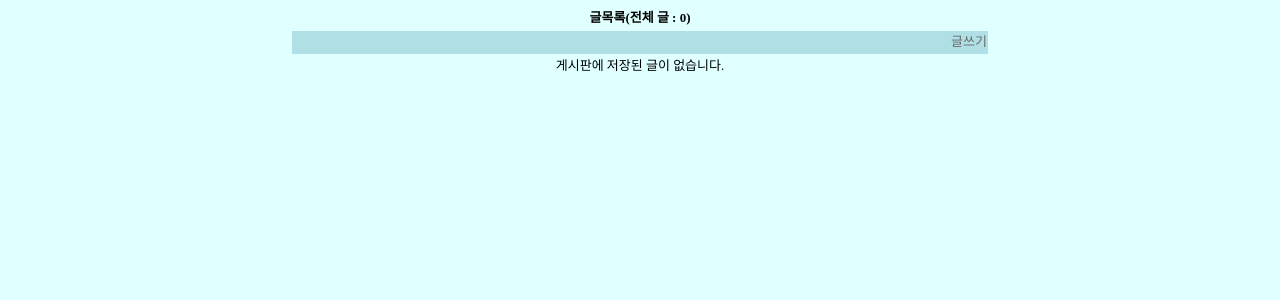
Repository: kr1124/jsp
Page: http://localhost/ServletProject/board/list.jsp
The author's editor kept a copy of each file at every save. The page is drawn from the files as they stood at one save, then again after the next save.
The browser window is 1280 px wide. The pictures show the whole page.
The page is served by Tomcat 9. Other server files are loaded and not shown. Queries for data that is not in the repository find no rows.

Above is the page before, as saved 2024-12-12 01:19:01.

### ServletProject/src/main/webapp/board/list.jsp
<%@ page language="java" contentType="text/html; charset=UTF-8" pageEncoding="UTF-8"%>
<%@ page import="com.board.BoardDAO" %>
<%@ page import="com.board.BoardVO" %>
<%@ page import="java.util.*" %>
<%@ page import="java.text.SimpleDateFormat" %>
<%@ include file="view/color.jsp" %>
<% request.setCharacterEncoding("utf-8"); %>

<%!
	int pageSize = 5; //한 페이지 내에서 보여줄 레코드(게시글) 개수

	SimpleDateFormat sdf = new SimpleDateFormat("yyyy-MM-dd HH:mm");
%>
<%
	String pageNum = request.getParameter("pageNum");
	if(pageNum == null) {
		pageNum = "1";
	}
	int currentPage = Integer.parseInt(pageNum);

	int startRow = (currentPage - 1) * pageSize + 1;
	int endRow = currentPage * pageSize;

	int count = 0;
	int number = 0;
	List<BoardVO> articleList = null;
	BoardDAO dbPro = BoardDAO.getInstance();

	count = dbPro.getArticleCount();

	if(count > 0) {
		articleList = dbPro.getArticles(startRow, endRow);
	}
	number = count - (currentPage - 1) * pageSize;

%>

<!DOCTYPE html>
<html>
<head>
	<meta charset="UTF-8">
	<title></title>
	<link href="style.css" type="text/css" rel="stylesheet" >
</head>
<body bgcolor="<%=bodyback_c%>">
	<div align="center">
		<b>글목록(전체 글 : <%=count%>)</b>
		<table width="700">
			<tr>
				<td align="right" bgcolor="<%=value_c%>">
					<a href="writeForm.jsp">글쓰기</a>
				</td>
			</tr>
		</table>
	<%if(count == 0) { %>
		<table style="width: 700; border: 1;" cellpadding="0" cellspacing="0">
			<tr>
				<td align="center">
					게시판에 저장된 글이 없습니다.
				</td>
			</tr>
		</table>
	<%} else {%>
		<!-- <table style="width: 700; border: 1; align-items: center" cellpadding="0" cellspacing="0"> -->
		<table style="width: 700; align-items: center;" border="1"  cellpadding="0" cellspacing="0">
			<tr height="30" bgcolor="<%=value_c%>">
				<td align="center" width="50">번호</td>
				<td align="center" width="250">제목</td>
				<td align="center" width="100">작성자</td>
				<td align="center" width="150">작성일</td>
				<td align="center" width="50">조회수</td>
				<td align="center" width="100">IP</td>
			</tr>
			<%
			for(int i = 0; i < articleList.size(); i++) {
				BoardVO article = (BoardVO)articleList.get(i);
			%>
			<tr height="30">
				<td align="center" width="50"><%=number-- %></td>
				<td width="250">
				<%
				int wid = 0;
				if(article.getDepth() > 0) {
					wid = 5 * (article.getDepth());
				%>
					<img src="img/level.gif" width="<%=wid%>" height="16">
					<img src="img/re.gif" >
				<%} else { %>
					<img src="img/level.gif" width="<%=wid%>" height="16">
				<%} %>
					<a href="content.jsp?num=<%=article.getNum()%>&pageNum=<%=currentPage%>"><!-- TODO -->
						<%=article.getSubject() %>
					</a>
					<% if(article.getReadcount() >= 20) { %>
					<img src="img/hot.gif" border="0" height="16">
					<%} %>
				</td>
				<td align="center" width="100">
					<a href="mailto:<%=article.getEmail()%>">
						<%=article.getWriter() %>
					</a>
				</td>
				<td align="center" width="150">
					<%=sdf.format(article.getRegdate()) %>
				</td>
				<td align="center" width="50">
					<%=article.getReadcount() %>
				</td>
				<td align="center" width="100">
					<%=article.getIp() %>
				</td>
			</tr>

			<%}%>
		</table>
	<%} %>
	<%//페이지 블럭
	if(count> 0) {
		int pageBlock = 5;
		int imsi = count % pageSize == 0 ? 0 : 1;
	}
	%>
	</div>
</body>
</html>

### ServletProject/src/main/webapp/board/view/color.jsp
<%@ page language="java" contentType="text/html; charset=UTF-8" pageEncoding="UTF-8"%>
<%
String bodyback_c = "#e0ffff";
String back_c = "#8fbc8f";
String title_c = "#5f9ea0";
String value_c = "#b0e0e6";
String bar = "#778899";
%>

### ServletProject/src/main/java/com/board/BoardDAO.java
package com.board;

import java.sql.*;
import javax.sql.*;
import javax.naming.*;
import java.util.*;


public class BoardDAO {
	private static BoardDAO instance = null;
	private BoardDAO() {}

	public static BoardDAO getInstance() {
		if(instance == null) {
			synchronized(BoardDAO.class) {
				instance = new BoardDAO();
			}
		}

		return instance;
	}

	//데이터베이스에 데이터 추가
	public void insertArticle(BoardVO article) {
		Connection con = null;
		PreparedStatement pstmt = null;
		ResultSet rs = null;

		int num = article.getNum();
		int ref = article.getRef();
		int step = article.getStep();
		int depth = article.getDepth();

		int number = 0;
		String sql = "";

		try {
			con = ConnUtil.getConnection();
			pstmt =  con.prepareStatement("select max(num) from board");
			rs = pstmt.executeQuery();

			if(rs.next()) {
				number = rs.getInt(1);
			} else {
				number = 1;
			}

			if(number != 0) {//답글일 경우
				sql = "update board set step=step+1 where ref=? and step > ?";
				pstmt = con.prepareStatement(sql);
				pstmt.setInt(1, ref);
				pstmt.setInt(2, step);
				pstmt.executeUpdate();
				step++;
				depth++;

			} else {//새글일 경우
				ref = number;
				step = 0;
				depth = 0;
			}
			//데이터 추가하는 쿼리문
			sql = "insert into board(num, writer, email, subject, pass, ref, step, depth, regdate, content, ip) "
					+ "values(board_seq.nextval, ?, ?, ?, ?, ?, ?, ?, ?, ?, ?)";

			pstmt = con.prepareStatement(sql);

			pstmt.setString(1, article.getWriter());
			pstmt.setString(2, article.getEmail());
			pstmt.setString(3, article.getSubject());
			pstmt.setString(4, article.getPass());
			//pstmt.setInt(5, 0);
			pstmt.setInt(5, ref);
			pstmt.setInt(6, step);
			pstmt.setInt(7, depth);
			pstmt.setTimestamp(8, article.getRegdate());
			pstmt.setString(9, article.getContent());
			pstmt.setString(10, article.getIp());
			pstmt.executeUpdate();

		} catch (Exception e) {
			e.printStackTrace();
		} finally {
			if(rs != null) {try {rs.close();} catch(SQLException e) {}}
			if(pstmt != null) {try {pstmt.close();} catch(SQLException e) {}}
			if(con != null) {try {con.close();} catch(SQLException e) {}}
		}
	}

	// 글 목록 화면 작성
	// 전체 글의 갯수를 가져올 메소드 구현
	public int getArticleCount() {
		Connection con = null;
		PreparedStatement pstmt = null;
		ResultSet rs = null;
		int x = 0;

		try {
			con = ConnUtil.getConnection();
			String sql = "select count(*) from board";
			pstmt =  con.prepareStatement(sql);

			rs = pstmt.executeQuery();

			if(rs.next()) {
				x = rs.getInt(1);
			}

		} catch (Exception e) {
			e.printStackTrace();
		} finally {
			if(rs != null) {try {rs.close();} catch(SQLException e) {}}
			if(pstmt != null) {try {pstmt.close();} catch(SQLException e) {}}
			if(con != null) {try {con.close();} catch(SQLException e) {}}
		}

		return x;
	}

	public List<BoardVO> getArticles(int start, int end) {
		Connection con = null;
		PreparedStatement pstmt = null;
		ResultSet rs = null;

		List<BoardVO> articleList = null;

		try {
			con = ConnUtil.getConnection();

			//String sql = "select * from board order by num desc"; //기존 쿼리문
			String sql = "select * from ("
					+ "select rownum rnum, num, writer, email, subject, "
					+ "pass, readcount, ref, step, depth, regdate, content, ip from ("
					+ "select * from board order by ref desc, step asc)) "
					+ "where rnum >= ? and rnum <= ?";
			pstmt = con.prepareStatement(sql);
			pstmt.setInt(1, start);
			pstmt.setInt(2, end);
			rs = pstmt.executeQuery();

			if(rs.next()) {
				articleList = new ArrayList<BoardVO>(end - start + 1);
				do {
					BoardVO article = new BoardVO();
					article.setNum(rs.getInt("num"));
					article.setWriter(rs.getString("writer"));
					article.setEmail(rs.getString("email"));
					article.setSubject(rs.getString("subject"));
					article.setPass(rs.getString("pass"));
					article.setRegdate(rs.getTimestamp("regdate"));
					article.setReadcount(rs.getInt("readcount"));
					article.setRef(rs.getInt("ref"));
					article.setStep(rs.getInt("step"));
					article.setDepth(rs.getInt("depth"));
					article.setContent(rs.getString("content"));
					article.setIp(rs.getString("ip"));

					articleList.add(article);
				} while(rs.next());
			}
		} catch (Exception e) {
			e.printStackTrace();
		} finally {
			if(rs != null) {try {rs.close();} catch(SQLException e) {}}
			if(pstmt != null) {try {pstmt.close();} catch(SQLException e) {}}
			if(con != null) {try {con.close();} catch(SQLException e) {}}
		}

		return articleList;
	}

	//글 제목을 클릭하면 글 내용을 볼 수 있는 작업을 한다.
	//글 번호를 매개변수로 해서 하나의 글에 대한 상세 정보를 데이터베이스에서 가져온다.
	public BoardVO getArticle(int num) {
		Connection con = null;
		PreparedStatement pstmt = null;
		ResultSet rs = null;
		BoardVO article = null;

		try {
			con = ConnUtil.getConnection();
			String sql1 = "update board set readcount=readcount+1 where num=?";
			pstmt = con.prepareStatement(sql1);
			pstmt.setInt(1, num);
			pstmt.executeUpdate();

			String sql2 = "select * from board where num=?";
			pstmt = con.prepareStatement(sql2);
			pstmt.setInt(1, num);
			rs = pstmt.executeQuery();
			if(rs.next()) {
				article = new BoardVO();
				article.setNum(rs.getInt("num"));
				article.setWriter(rs.getString("writer"));
				article.setEmail(rs.getString("email"));
				article.setSubject(rs.getString("subject"));
				article.setPass(rs.getString("pass"));
				article.setRegdate(rs.getTimestamp("regdate"));
				article.setReadcount(rs.getInt("readcount"));
				article.setRef(rs.getInt("ref"));
				article.setStep(rs.getInt("step"));
				article.setDepth(rs.getInt("depth"));
				article.setContent(rs.getString("content"));
				article.setIp(rs.getString("ip"));
			}
		} catch(SQLException se) {
			se.printStackTrace();
		} finally {
			if(rs!=null){try {rs.close();} catch(Exception e) {e.printStackTrace();}}
			if(pstmt!=null){try {pstmt.close();} catch(Exception e) {e.printStackTrace();}}
			if(con!=null){try {con.close();} catch(Exception e) {e.printStackTrace();}}
		}

		return article;
	}


	//글 수정 / 글 목록 보기와는 다르게 조회수를 증가 시킬 필요가 없음
	//따라서 num에 해당하는 글을 가져옴
	public BoardVO updateGetArticle(int num) {
		Connection con = null;
		PreparedStatement pstmt = null;
		ResultSet rs = null;
		BoardVO article = null;

		try {
			con = ConnUtil.getConnection();
			String sql = "select * from board where num=?";
			pstmt = con.prepareStatement(sql);
			pstmt.setInt(1, num);
			rs = pstmt.executeQuery();

			if(rs.next()) {
				article = new BoardVO();
				article.setNum(rs.getInt("num"));
				article.setWriter(rs.getString("writer"));
				article.setEmail(rs.getString("email"));
				article.setSubject(rs.getString("subject"));
				article.setPass(rs.getString("pass"));
				article.setRegdate(rs.getTimestamp("regdate"));
				article.setReadcount(rs.getInt("readcount"));
				article.setRef(rs.getInt("ref"));
				article.setStep(rs.getInt("step"));
				article.setDepth(rs.getInt("depth"));
				article.setContent(rs.getString("content"));
				article.setIp(rs.getString("ip"));
			}

		} catch (Exception e) {
			e.printStackTrace();
		} finally {
			if(rs != null) {try {rs.close();} catch(SQLException e) {}}
			if(pstmt != null) {try {pstmt.close();} catch(SQLException e) {}}
			if(con != null) {try {con.close();} catch(SQLException e) {}}
		}

		return article;
	}//end of updateGetArticle

	//글 수정 버튼을 클릭하면 실제 데이터베이스의 글이 수정되어야함.
	public int updateArticle(BoardVO article) {
		Connection con = null;
		PreparedStatement pstmt = null;
		ResultSet rs = null;
		int result = -1;

		try {
			con = ConnUtil.getConnection();
			String sql = "select pass from board where num=?";
			pstmt = con.prepareStatement(sql);
			pstmt.setInt(1, article.getNum());

			rs = pstmt.executeQuery();

			if(rs.next()) {
				String dbpasswd = rs.getString("pass");
				if(dbpasswd.equals(article.getPass())) {
					String sql2 = "update board set writer=?, email=?, subject=?, content=? where num=?";
					pstmt = con.prepareStatement(sql2);
					pstmt.setString(1, article.getWriter());
					pstmt.setString(2, article.getEmail());
					pstmt.setString(3, article.getSubject());
					pstmt.setString(4, article.getContent());
					pstmt.setInt(5, article.getNum());

					pstmt.executeUpdate();

					result = 1;
				} else {
					result = 0; //비밀번호 오류, 수정 실패
				}
			}

		} catch (Exception e) {
			e.printStackTrace();
		} finally {
			if(rs != null) {try {rs.close();} catch(SQLException e) {}}
			if(pstmt != null) {try {pstmt.close();} catch(SQLException e) {}}
			if(con != null) {try {con.close();} catch(SQLException e) {}}
		}

		return result;
	}

	//글 삭제 버튼을 클릭하면 삭제처리가 되어야한다.
	//비밀번호를 입력 받아 기존 비밀번호와 동일하면 삭제
	public int deleteArticle(int num, String pass) {
		Connection con = null;
		PreparedStatement pstmt = null;
		ResultSet rs = null;
		int result = -1; //번호에 해당하는 글이 존재하지 않는 경우, -1을 반환

		try {
			con = ConnUtil.getConnection();
			String sql1 = "select pass from board where num=?";

			pstmt = con.prepareStatement(sql1);
			pstmt.setInt(1, num);
			rs = pstmt.executeQuery();

			if(rs.next()) {
				String dbpasswd = rs.getString("pass");
				if(dbpasswd.equals(pass)) {
					String sql2 = "delete from board where num=?";

					pstmt = con.prepareStatement(sql2);
					pstmt.setInt(1, num);
					pstmt.executeUpdate();

					result = 1;
				} else {
					result = 0; //비밀번호 오류, 삭제 실패
				}
			}

		} catch (Exception e) {
			e.printStackTrace();
		} finally {
			if(rs != null) {try {rs.close();} catch(SQLException e) {}}
			if(pstmt != null) {try {pstmt.close();} catch(SQLException e) {}}
			if(con != null) {try {con.close();} catch(SQLException e) {}}
		}

		return result;
	}//deleteArticle

	//검색한 내용이 몇개인지를 반환함(what:검색조건, content: 검색내용)
	public int getArticleCount(String what, String content) {
		Connection con = null;
		PreparedStatement pstmt = null;
		ResultSet rs = null;
		int x = 0;

		try {
			con = ConnUtil.getConnection();
			//String sql = "select count(*) from board";
			String sql = "select count(*) from board where " + what + " like '%" + content + "%'";
			pstmt =  con.prepareStatement(sql);

			rs = pstmt.executeQuery();

			if(rs.next()) {
				x = rs.getInt(1);
			}

		} catch (Exception e) {
			e.printStackTrace();
		} finally {
			if(rs != null) {try {rs.close();} catch(SQLException e) {}}
			if(pstmt != null) {try {pstmt.close();} catch(SQLException e) {}}
			if(con != null) {try {con.close();} catch(SQLException e) {}}
		}

		return x;
	}//getArticleCount(String what, String content)

	//검색할 내용을 리스트로 받아옴
	public List<BoardVO> getArticles(String what, String content, int start, int end) {
		Connection con = null;
		PreparedStatement pstmt = null;
		ResultSet rs = null;

		List<BoardVO> articleList = null;

		try {
			con = ConnUtil.getConnection();

			//String sql = "select * from board order by num desc"; //기존 쿼리문
			String sql = "select * from ("
					+ "select rownum rnum, num, writer, email, subject, "
					+ "pass, readcount, ref, step, depth, regdate, content, ip from ("
					+ "select * from board where "
					+ what + " like '%" + content + "%' order by ref desc, step asc)) "
					+ "where rnum >= ? and rnum <= ?";


			pstmt = con.prepareStatement(sql);
			pstmt.setInt(1, start);
			pstmt.setInt(2, end);
			rs = pstmt.executeQuery();

			if(rs.next()) {
				articleList = new ArrayList<BoardVO>(end - start + 1);
				do {
					BoardVO article = new BoardVO();
					article.setNum(rs.getInt("num"));
					article.setWriter(rs.getString("writer"));
					article.setEmail(rs.getString("email"));
					article.setSubject(rs.getString("subject"));
					article.setPass(rs.getString("pass"));
					article.setRegdate(rs.getTimestamp("regdate"));
					article.setReadcount(rs.getInt("readcount"));
					article.setRef(rs.getInt("ref"));
					article.setStep(rs.getInt("step"));
					article.setDepth(rs.getInt("depth"));
					article.setContent(rs.getString("content"));
					article.setIp(rs.getString("ip"));

					articleList.add(article);
				} while(rs.next());
			}
		} catch (Exception e) {
			e.printStackTrace();
		} finally {
			if(rs != null) {try {rs.close();} catch(SQLException e) {}}
			if(pstmt != null) {try {pstmt.close();} catch(SQLException e) {}}
			if(con != null) {try {con.close();} catch(SQLException e) {}}
		}

		return articleList;
	}

}

### ServletProject/src/main/java/com/board/ConnUtil.java
package com.board;

import java.sql.*;
import javax.sql.*;
import javax.naming.*;

public class ConnUtil {
	private static DataSource ds;

	static {
		try {
			Context initContext = new InitialContext();
			Context envContext  = (Context)initContext.lookup("java:/comp/env");
			ds = (DataSource)envContext.lookup("jdbc/myOracle");
		} catch(NamingException ne) {
			ne.printStackTrace();
		}
	}

	public static Connection getConnection() throws SQLException {
		return ds.getConnection();
	}
}

### ServletProject/src/main/webapp/board/style.css
@charset "UTF-8";
body, table, tr, td, select, div, form {
	font-size : 13px;
	color: black;
	line-height: 160%;
	font-family: serif;
}

textarea, input {
	border-right: 1px solid #999999;
	border-top: 1px solid #999999;
	border-left: 1px solid #999999;
	border-bottom: 1px solid #999999;
	font-size: 9pt;
	color: black;
	background-color: white;
	font-family: serif;
}

a:link {
	text-decoration: none;
	color: #696969;
}
a:hover {
	text-decoration: yes;
	color: #66ccff;
}
a:visited {
	text-decoration: none;
	color: #330066;
}

### ServletProject/src/main/webapp/error/error500.jsp
<%@ page language="java" contentType="text/html; charset=UTF-8"
    pageEncoding="UTF-8"%>
<% response.setStatus(HttpServletResponse.SC_OK); %>

<!DOCTYPE html>
<html>
<head>
<meta charset="UTF-8">
<title>500 에러 발생</title>
</head>
<body>
	<b>서비스 처리 과정에서 에러가 발생했습니다.</b>
</body>
</html>

After the next save:
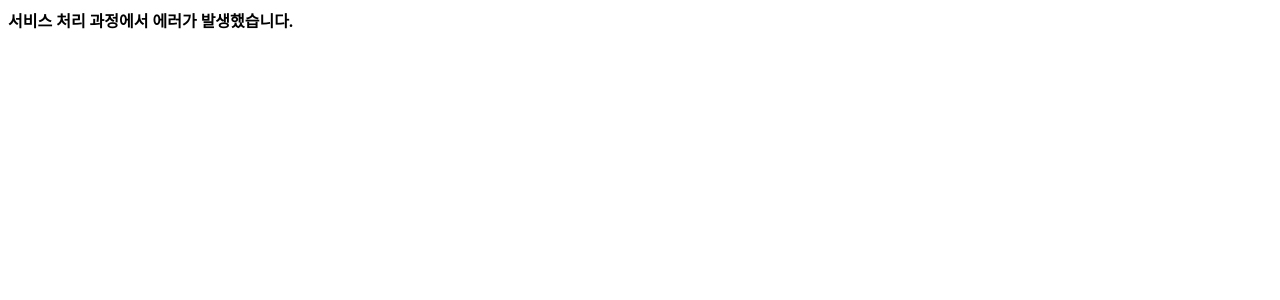
Saved 13 s later.
--- a/ServletProject/src/main/webapp/board/list.jsp
+++ b/ServletProject/src/main/webapp/board/list.jsp
@@ -118,6 +118,7 @@
 	if(count> 0) {
 		int pageBlock = 5;
 		int imsi = count % pageSize == 0 ? 0 : 1;
+		int pageCount =
 	}
 	%>
 	</div>

After the save that followed:
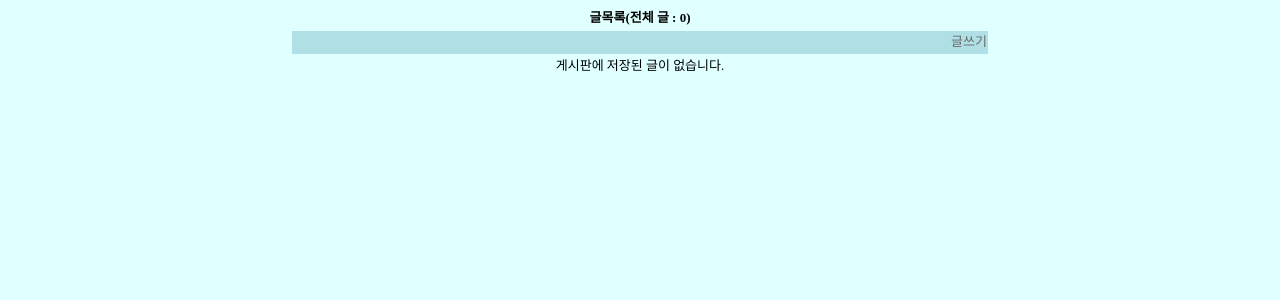
Saved 35 s later.
--- a/ServletProject/src/main/webapp/board/list.jsp
+++ b/ServletProject/src/main/webapp/board/list.jsp
@@ -118,7 +118,7 @@
 	if(count> 0) {
 		int pageBlock = 5;
 		int imsi = count % pageSize == 0 ? 0 : 1;
-		int pageCount =
+		int pageCount = count / pageSize + imsi;
 	}
 	%>
 	</div>
